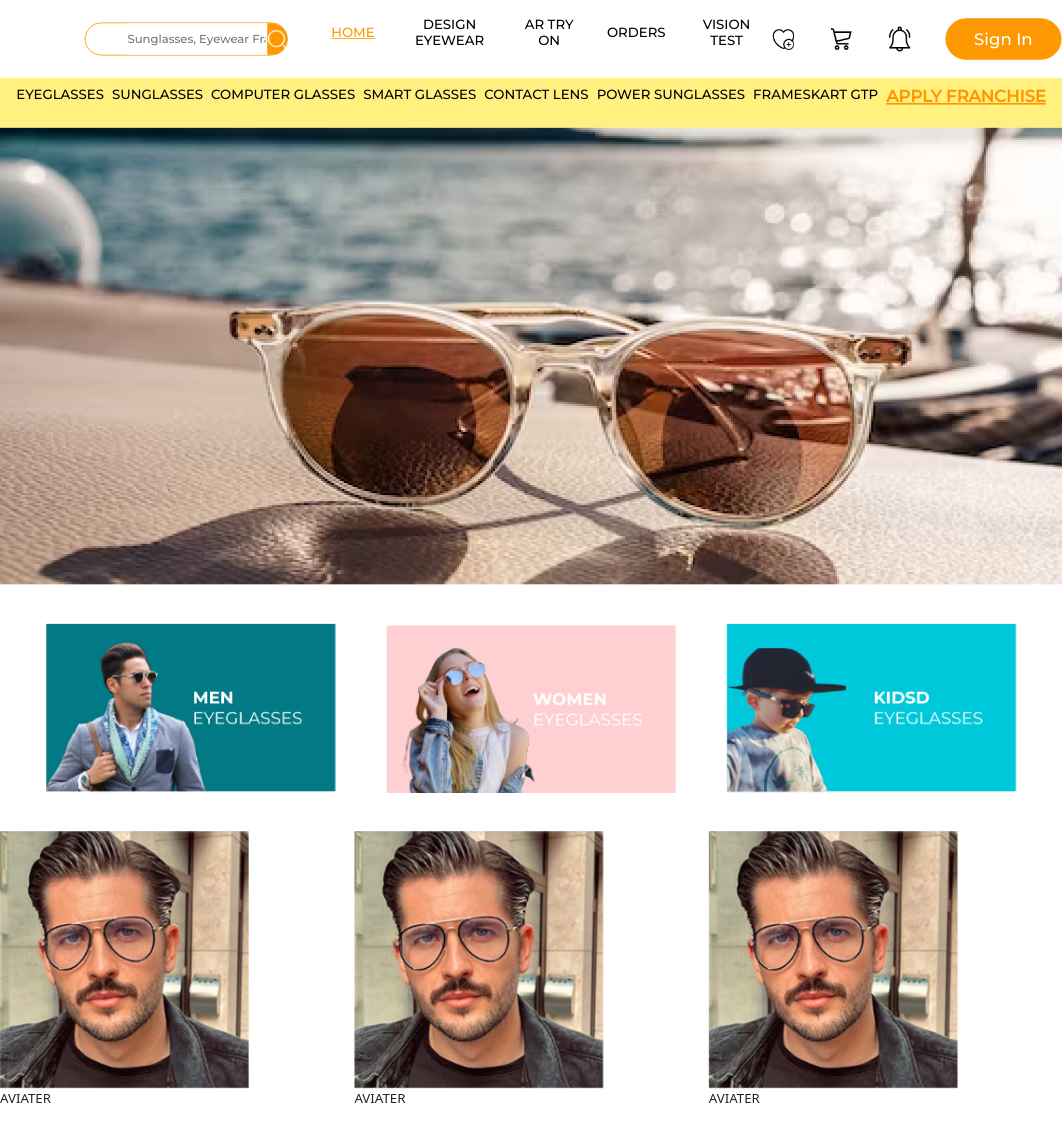
Repository: FlyweisReact/Frameskart
Page: /
These files come from the project's save history. The page is drawn as it stood at one moment and after the next save; the edit follows.
The browser window is 1280 px wide. The pictures show the whole page, at 83% of full size.
The project was rebuilt for these pictures with package versions that can differ from the ones it lists, and the page was loaded fresh each time.

Above is the page before, as saved 2023-10-21 15:08:40.

### public/index.html
<!-- @format -->

<!DOCTYPE html>
<html lang="en">
  <head>
    <meta charset="utf-8" />
    <link rel="icon" href="%PUBLIC_URL%/favicon.ico" />
    <meta name="viewport" content="width=device-width, initial-scale=1" />
    <meta name="theme-color" content="#000000" />
    <meta
      name="description"
      content="Web site created using create-react-app"
    />
    <link rel="apple-touch-icon" href="%PUBLIC_URL%/logo192.png" />
    <link rel="manifest" href="%PUBLIC_URL%/manifest.json" />
    <link rel="preconnect" href="https://fonts.googleapis.com" />
    <link rel="preconnect" href="https://fonts.gstatic.com" crossorigin />
    <link
      href="https://fonts.googleapis.com/css2?family=Montserrat:wght@500&display=swap"
      rel="stylesheet"
    />
    <title>React App</title>
  </head>
  <body>
    <noscript>You need to enable JavaScript to run this app.</noscript>
    <div id="root"></div>
  </body>
</html>

### src/index.js
import React from 'react';
import ReactDOM from 'react-dom/client';
import './index.css';
import App from './App';
import 'bootstrap/dist/css/bootstrap.min.css';
import "slick-carousel/slick/slick.css";
import "slick-carousel/slick/slick-theme.css";

const root = ReactDOM.createRoot(document.getElementById('root'));
root.render(
  <React.StrictMode>
    <App />
  </React.StrictMode>
);

### src/App.js
/** @format */

import React from "react";
import { BrowserRouter, Route, Routes } from "react-router-dom";
import Home from "./Screen/Home";

// CSS
import './CSS/style.css'

const App = () => {
  return (
    <BrowserRouter>
      <Routes>
        <Route path="/" element={<Home />} />
      </Routes>
    </BrowserRouter>
  );
};

export default App;

### src/Screen/Home.js
/** @format */

import React from "react";
import ShopSlider from "../Component/Slider/ShopSlider";
import Navbar from "../Navbar/Navbar";

const Home = () => {
  return (
    <>
      <Navbar />

      <div className="Single_Banner">
        <img src="/Image/1.png" alt="" />
      </div>

      <div className="category-banner">
        <div className="Main">
          <img src="/Image/2.png" alt="" />
        </div>
        <div className="Main">
          <img src="/Image/3.png" alt="" />
        </div>
        <div className="Main">
          <img src="/Image/4.png" alt="" />
        </div>
      </div>

      <div  className="carousel-container" >
        <ShopSlider />
      </div>
    </>
  );
};

export default Home;

### src/CSS/style.css
/** @format */
/* Navbar */
.Nav {
  padding: 20px;
}
.Nav .container {
  display: flex;
  justify-content: space-between;
  gap: 20px;
  align-items: center;
}

.Nav .container .logo {
  width: 100px;
}

.Nav .container .logo img {
  width: 100%;
}
.Nav .container .mid-div {
  display: flex;
  gap: 20px;
  align-items: center;
}
.Nav .container .mid-div ul {
  display: flex;
  gap: 40px;
  align-items: center;
  list-style: none;
}
.Nav .container .mid-div ul li {
  color: #000;
  text-align: center;
  font-family: Montserrat;
  font-size: 16px;
  font-style: normal;
  font-weight: 500;
  line-height: normal;
  text-transform: uppercase;
  cursor: pointer;
}

.Nav .container .mid-div ul li.active {
  color: #fe9800;
  text-decoration: underline;
}

.Nav .container .icons {
  display: flex;
  gap: 40px;
  align-items: center;
}
.Nav .container .icons img {
  width: 30px;
  cursor: pointer;
}
.Nav .container .icons button {
  width: 140px;
  height: 50px;
  border-radius: 30px;
  background: #fe9800;
  border: 1px solid #fe9800;
  color: #fff;
  text-align: center;
  font-family: Montserrat;
  font-size: 20px;
  font-style: normal;
  line-height: normal;
  cursor: pointer;
}

.Nav .container .mid-div .search-div {
  display: flex;
  border-radius: 30px;
  border: 1px solid #fe9800;
  height: 40px;
  width: 300px;
  justify-content: flex-end;
}
.Nav .container .mid-div .search-div input {
  border: none;
  color: var(--Gray-lite, #a39999);
  text-align: center;
  font-family: Montserrat;
  font-size: 14px;
  font-style: normal;
  font-weight: 500;
  line-height: normal;
  outline: none;
  width: 70%;
  gap: 20px;
}
.Nav .container .mid-div .search-div div {
  border-radius: 0px 30px 30px 0px;
  background: #fe9800;
  width: 10%;
  display: flex;
  justify-content: center;
  align-items: center;
  padding: 10px;
}

/* Category Section */
.category-section {
  padding: 10px;
  background: rgba(255, 226, 0, 0.5);
}
.category-section ul {
  padding: 0;
  list-style: none;
  display: flex;
  justify-content: space-evenly;
}
.category-section ul li {
  color: #000;
  font-family: Montserrat;
  font-size: 16px;
  font-style: normal;
  font-weight: 500;
  line-height: normal;
  text-transform: uppercase;
  cursor: pointer;
}

.category-section ul li.apply {
  color: #fe9800;
  font-size: 20px;
  text-decoration-line: underline;
  font-weight: 700;
}

/* Banner */
.Single_Banner img {
  width: 100%;
  max-height: 550px;
  height: auto;
}

.category-banner {
  display: flex;
  justify-content: space-evenly;
  align-items: center;
  gap: 40px;
  padding: 40px;
  flex-wrap: wrap;
}
.category-banner .Main {
  width: 30%;
}
.category-banner .Main img {
  max-width: 100%;
  width: auto;
  height: auto;
  display: block;
  margin: auto;
}
@media (max-width: 768px) {
  .category-banner .Main {
    width: 100%;
  }
  .category-banner {
    padding: 0;
    gap: 10px;
  }
}


.carousel-container{
  width: 100%;
  overflow: hidden;
}

.shop_slider .Main{
  width: 300px !important;
  display: block;
  margin: auto;
}
.shop_slider .Main img{
  width: 100%;
}

### src/Component/Slider/ShopSlider.js
/** @format */
import Slider from "react-slick";

const ShopSlider = () => {
  const settings = {
    dots: false,
    infinite: true,
    speed: 500,
    slidesToShow: 3,
    slidesToScroll: 2,
    autoplay: true,
    autoplaySpeed: 1500,
  };

  return (
    <Slider {...settings} className="shop_slider">
      <div className="Main">
        <img src="/Image/5.png" alt="" />
        <p>AVIATER</p>
      </div>
      <div className="Main">
        <img src="/Image/5.png" alt="" />
        <p>AVIATER</p>
      </div>
      <div className="Main">
        <img src="/Image/5.png" alt="" />
        <p>AVIATER</p>
      </div>
      <div className="Main">
        <img src="/Image/5.png" alt="" />
        <p>AVIATER</p>
      </div>
    </Slider>
  );
};

export default ShopSlider;

### src/Navbar/Navbar.js
/** @format */

import React from "react";
import Category from "../Component/Category";

const Navbar = () => {
  return (
    <>
      <div className="Nav">
        <div className="container">
          <div className="logo">
            <img src="/Image/logo.png" alt="" />
          </div>

          <div className="mid-div">
            <div className="search-div">
              <input type="text" placeholder="Sunglasses, Eyewear Frames" />
              <div>
                <img src="/Image/searchIcon.png" alt="" />
              </div>
            </div>

            <ul>
              <li className="active">Home</li>
              <li>Design Eyewear</li>
              <li>AR try on</li>
              <li>orders</li>
              <li>vision test</li>
            </ul>
          </div>

          <div className="icons">
            {/* <img src='/Image/wallet.png' alt='' /> */}
            <img src="/Image/heart.png" alt="" />
            <img src="/Image/cart.png" alt="" />
            <img src="/Image/bell.png" alt="" />
            {/* <img src='/Image/user.png' alt='' /> */}
            <button>Sign In</button>
          </div>
        </div>
      </div>


      {/* Category Section */}
      <Category />
    </>
  );
};

export default Navbar;

### src/Component/Category.js
/** @format */

import React from "react";

const Category = () => {
  return (
    <div className="category-section">
      <ul>
        <li>EYEGLASSES</li>
        <li>SUNGLASSES</li>
        <li>COMPUTER GLASSES</li>
        <li>Smart Glasses</li>
        <li>CONTACT LENS</li>
        <li>POWER SUNGLASSES</li>
        <li>Frameskart GTP</li>
        <li className="apply"> Apply Franchise</li>
      </ul>
    </div>
  );
};

export default Category;

Loaded but not shown: src/index.css (common file)

After the next save:
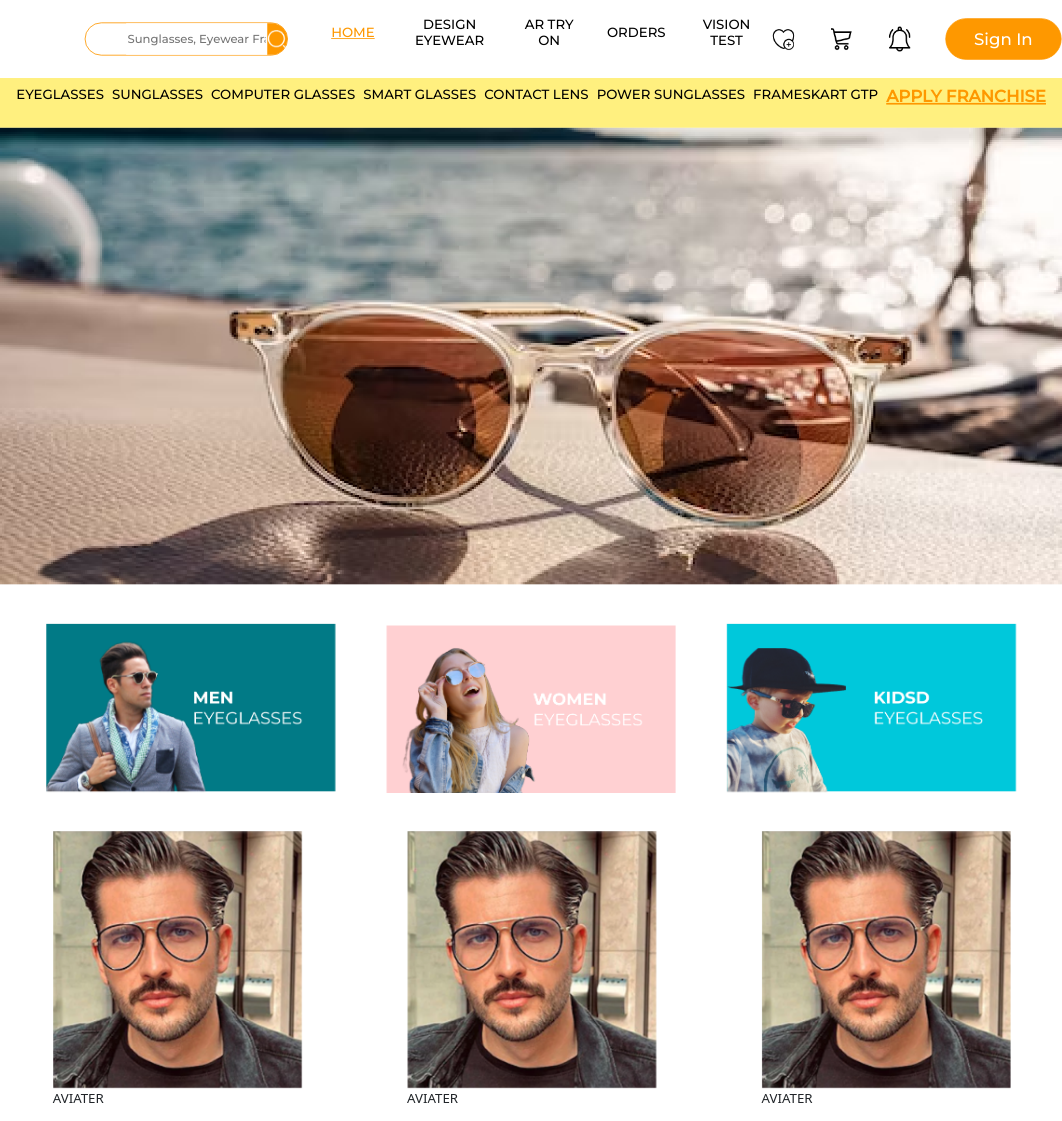
Saved 20 s later.
--- a/src/CSS/style.css
+++ b/src/CSS/style.css
@@ -172,8 +172,8 @@
 
 .shop_slider .Main{
   width: 300px !important;
-  display: block;
-  margin: auto;
+  display: block !important;
+  margin: auto !important;
 }
 .shop_slider .Main img{
   width: 100%;
